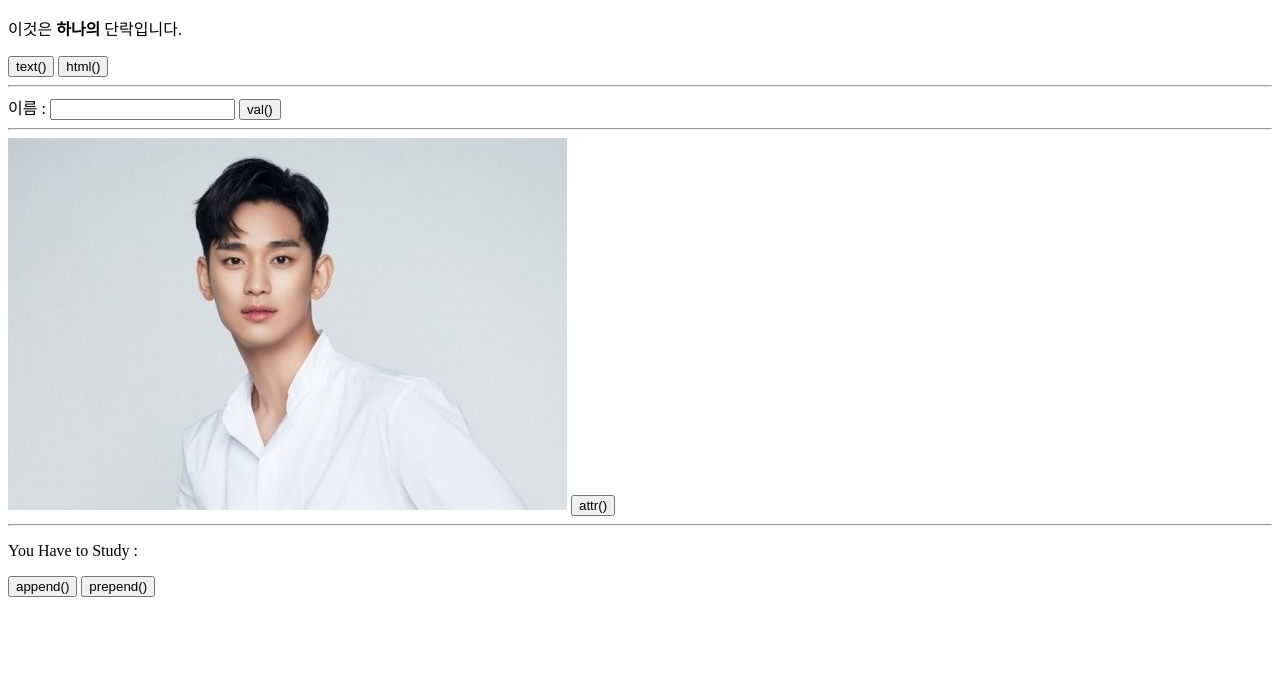
Repository: gpqls12321/public
Page: javascript_jquery/WebContent/jQuery_ex03.html
The author's editor kept a copy of each file at every save. The page is drawn from the files as they stood at one save, then again after the next save.
The browser window is 1280 px wide. The pictures show the whole page.

Above is the page before, as saved 2021-04-15 05:15:53.

### javascript_jquery/WebContent/jQuery_ex03.html
<!DOCTYPE html>
<html>
<head>
<meta charset="UTF-8">
<title>Insert title here</title>
<script type="text/javascript" src="js/jQuery3.x/jquery-3.6.0.js"></script>
<script type="text/javascript">
	$(document).ready(function() {

		$("#text").click(function() {
			alert($("#target").text());
		});

		$("#html").click(function() {
			alert($("#target").html());
		});

		$("#val").click(function() {
			alert($("#irum").val());
			console.log($("#irum").val());
		});

		$("#attr").click(function() {
			alert($("#kim").attr("src"));
		});

		$("#button1").click(function() {
			$("#append").append("<b style='color:red'>Yes Sir! </b>");
		});

		$("#button2").click(function() {
			$("#append").prepend("<b style='color: #d3d8ff'>Yes Sir! </b>");
		});
	});
</script>
</head>
<body>
	<p id="target">이것은 <strong>하나의</strong> 단락입니다.</p>
	<button id="text">text()</button>
	<button id="html">html()</button>
	<hr>
	이름 : <input type="text" id="irum">
	<button id="val">val()</button>
	<hr>
	<img id="kim" alt="김수현" src="images/김수현01.jpg" width="559px;" height="372px;">
	<button id="attr">attr()</button>
	<hr>
	<p id="append">You Have to Study : </p>
	<button id="button1">append()</button>
	<button id="button2">prepend()</button>
</body>
</html>

Loaded but not shown: javascript_jquery/WebContent/js/jQuery3.x/jquery-3.6.0.js (library)

After the next save:
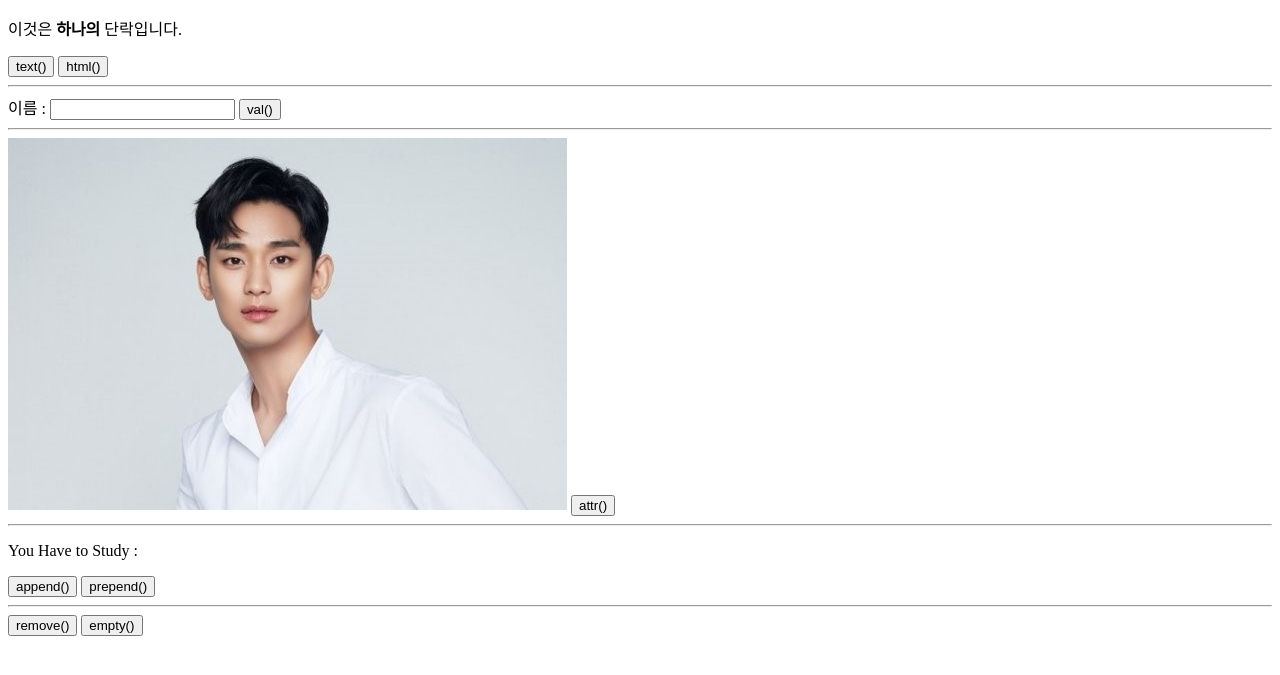
Saved 10 min 50 s later.
--- a/javascript_jquery/WebContent/jQuery_ex03.html
+++ b/javascript_jquery/WebContent/jQuery_ex03.html
@@ -48,5 +48,9 @@
 	<p id="append">You Have to Study : </p>
 	<button id="button1">append()</button>
 	<button id="button2">prepend()</button>
+
+	<hr>
+	<button id="remove">remove()</button>
+	<button id="empty">empty()</button>
 </body>
 </html>
